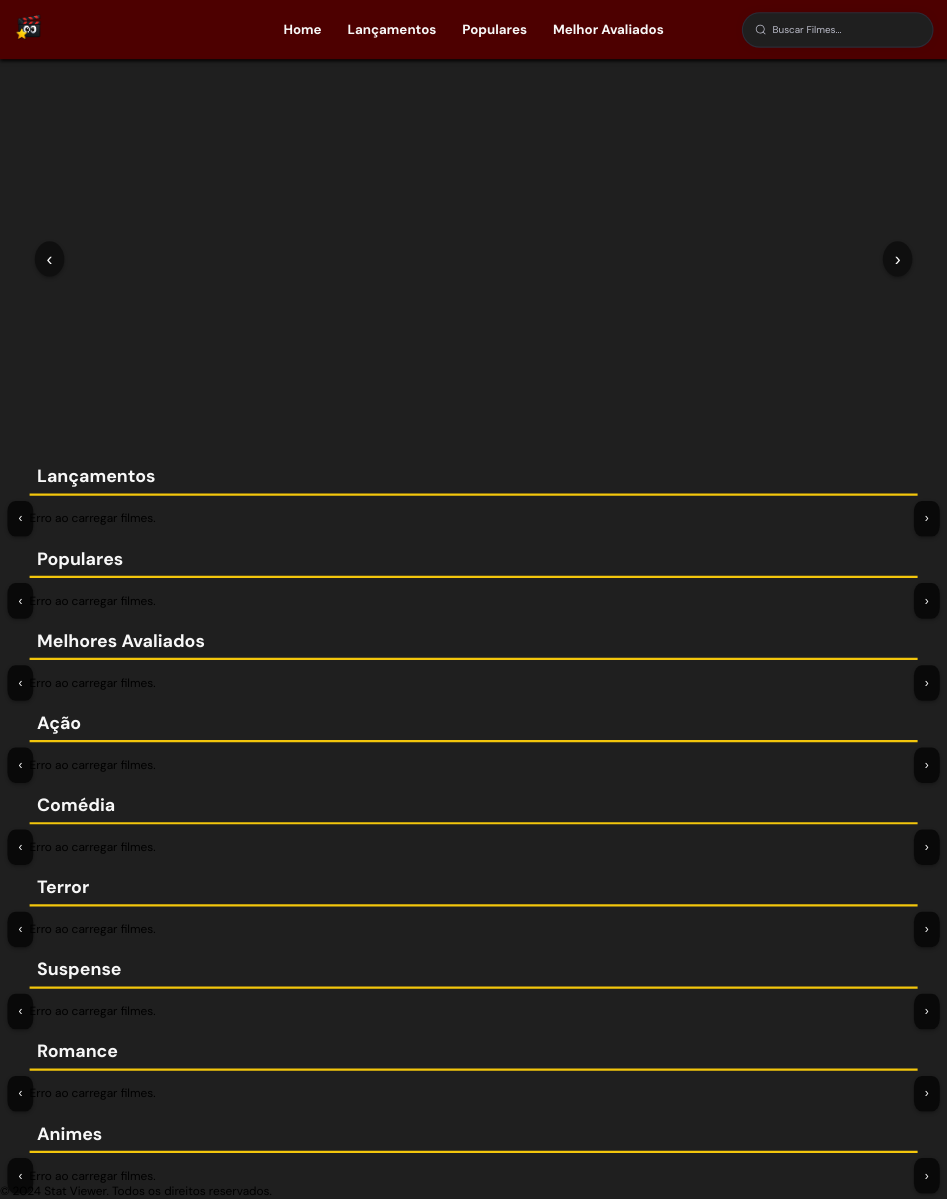
Repository: juanpablitozito/stat-viewer
Page: index.html
These files come from the project's save history. The page is drawn as it stood at one moment and after the next save; the edit follows.
The browser window is 1280 px wide. The pictures show the whole page, at 74% of full size.
The page's requests for data from a server got no answer.

Above is the page before, as saved 2025-10-02 08:16:44.

After the next save:
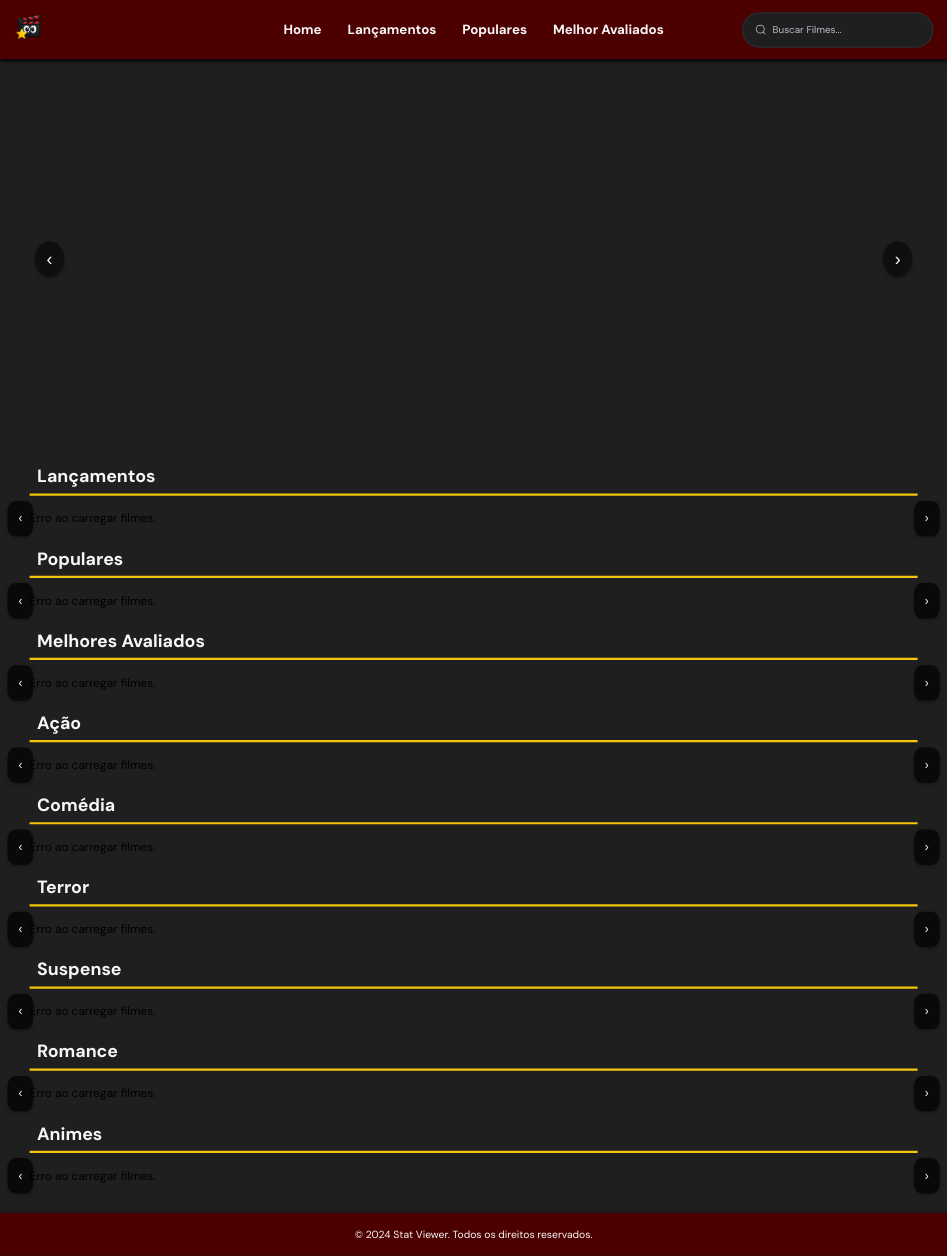
Saved 15 s later.
--- a/index.html
+++ b/index.html
@@ -189,7 +189,7 @@
       </div>
     </div>
 
-    <footer">
+    <footer>
     <!-- <div class="social">
       <a href="https://www.facebook.com" target="_blank"><img src="assets/img/facebook.png" alt="Facebook" class="social-icon"></a>
       <a href="https://www.twitter.com" target="_blank"><img src="assets/img/twitter.png" alt="Twitter" class="social-icon"></a>
